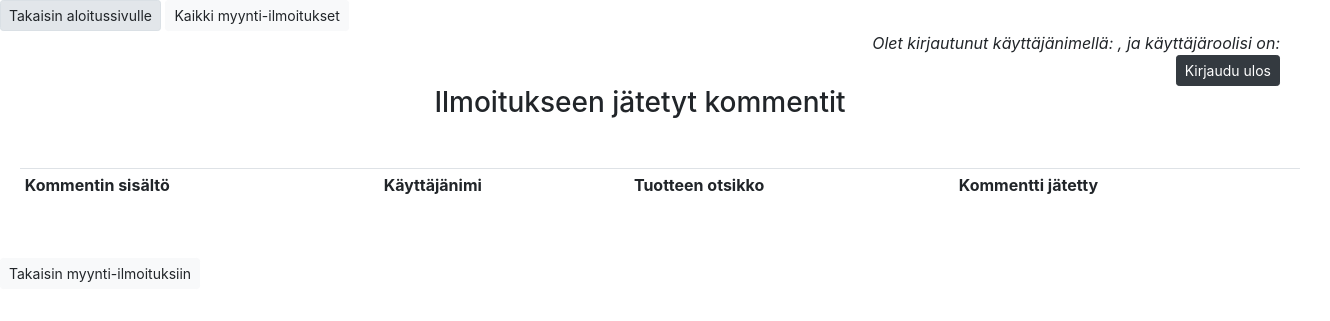
Repository: LiljestromNadja/Backend_s2023_harjoitustyo
Page: http://localhost/articleComments
The author's editor kept a copy of each file at every save. The page is drawn from the files as they stood at one save, then again after the next save.
The browser window is 1280 px wide. The page is 1300 px wide, then 1330 px, so the pictures cover 1330 px, including what lies to the right of the window. The pictures show the whole page.
The page is this project's Thymeleaf template; nobody is signed in. The template is opened directly, without the code that normally fills it, so the values that code supplies are empty.

Above is the page before, as saved 2023-11-10 18:22:49.

After the next save:
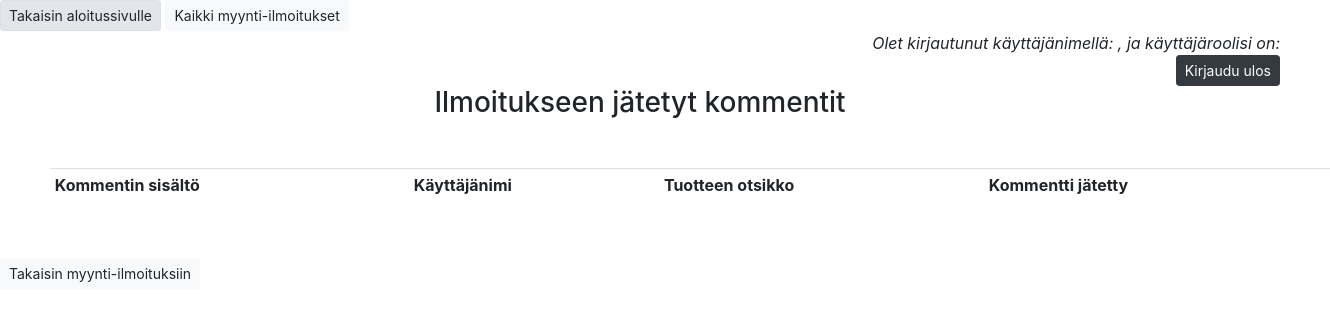
Saved 10 s later.
--- a/harkkas23v01/src/main/resources/templates/articleComments.html
+++ b/harkkas23v01/src/main/resources/templates/articleComments.html
@@ -27,7 +27,7 @@
 		<h3 style="text-align: center">Ilmoitukseen jätetyt kommentit</h3>
 
 		<div style="clear: both; display: block; height: 40px;"></div>
-		<table style="margin-left: 20px" class="table table-hover table-sm">
+		<table style="margin-left: 50px" class="table table-hover table-sm">
 			<tr>
 				<th>Kommentin sisältö</th> <!-- th == tableHeader -->
 	<!-- 		<th>User</th>  -->
